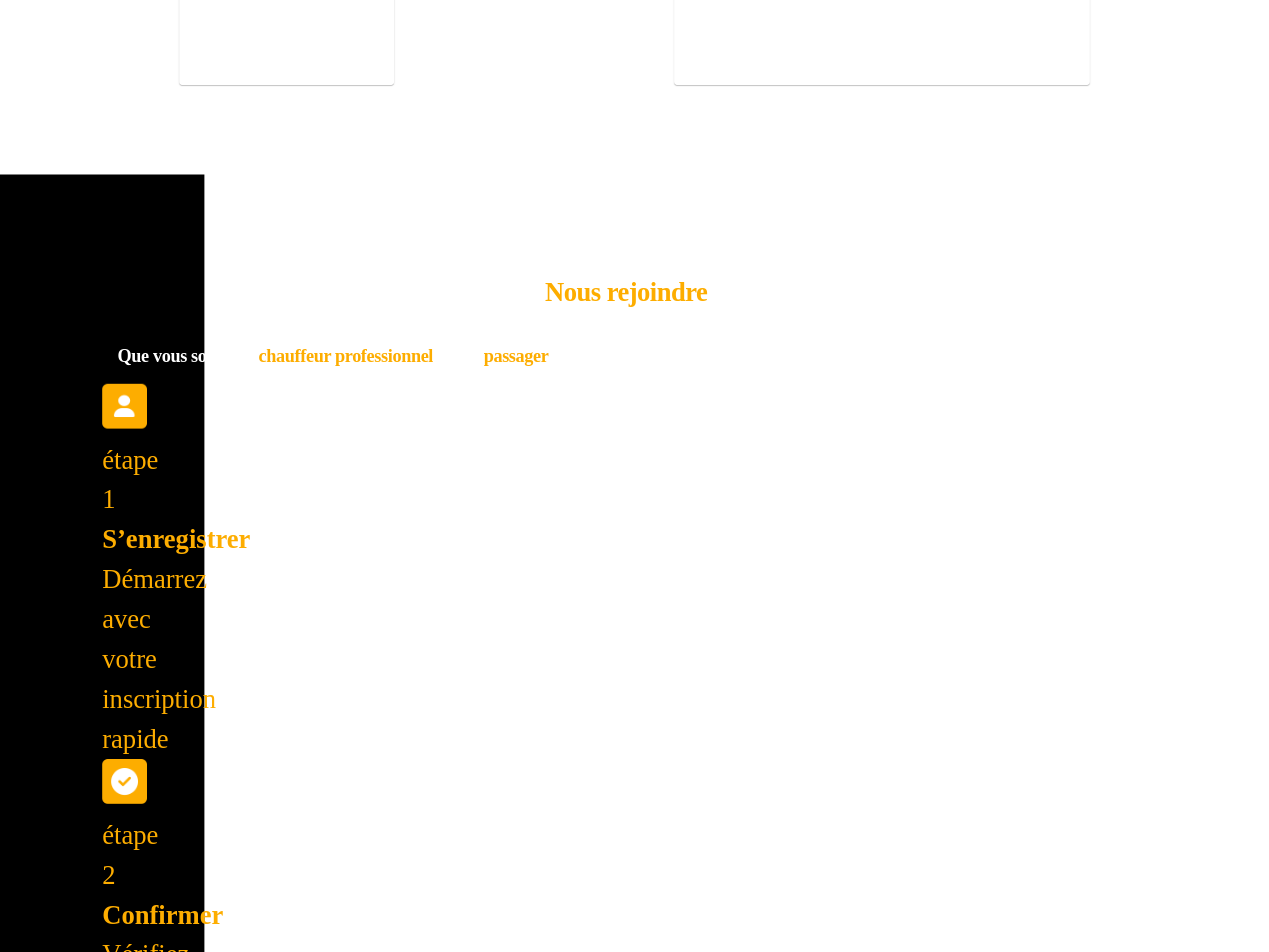
Repository: MariaMP2501/TestMap
Page: /
An editor plug-in stored every save of this project. The page is shown before and after the next save, followed by the edit.
The browser window is 1280 px wide. The page is 1813 px wide, so the pictures cover 1813 px, including what lies to the right of the window. The pictures show the part of the page from y = 825 to 2185 px (the page is 3771 px tall before and 2517 px after), at 70% of full size.
Pictures or frames that could not be fetched are drawn as grey boxes. Some web fonts or font styles are not loaded; a fallback is used. The project was rebuilt for these pictures with package versions that can differ from the ones it lists, and the page was loaded fresh each time. Also part of the build but not shown: vite.config.ts, src/components/hooks/useTranslate.tsx.

Above is the page before, as saved 2024-03-20 12:56:58.

### index.html
<!doctype html>
<html lang="en">
  <head>
    <meta charset="UTF-8" />
    <link rel="icon" type="image/svg+xml" href="/vite.svg" />
    <meta name="viewport" content="width=device-width, initial-scale=1.0" />
    <link rel="icon" href="./src/assets/logo.png" type="image/x-icon">
    <meta name="description" content="Réservez vos trajets avec Transport Concept, le réseau de transport ultime en France. Voyagez en toute sécurité et confort.">
    <meta name="keywords" content="transport, mobilité, réservation, France, réseau de transport">
    <title>TRANSPORT CONCEPT</title>
    <meta name="viewport" content="width=device-width, initial-scale=1.0">
    <link rel='preconnect' href='https://fonts.googleapis.com'>
    <style>
      @import url('https://fonts.googleapis.com/css2?family=Antonio:wght@300&family=Anybody:ital,wght@0,100..900;1,100..900&display=swap')
      </style>
  </head>
  <body>
    <div id="root"></div>
    <script type="module" src="/src/main.tsx"></script>
  </body>
</html>

### src/main.tsx
import React from 'react';
import { createRoot } from 'react-dom/client';
import { IntlProvider } from 'react-intl';
import App from './App.tsx';
import './index.css';

const messages_fr = {
};

const root = createRoot(document.getElementById('root')!);
root.render(
  <React.StrictMode>
    <IntlProvider locale="fr" messages={messages_fr}>
      <App />
    </IntlProvider>
  </React.StrictMode>
);

### src/App.tsx
import "./App.css"
import { IntlProvider } from 'react-intl';
import Navbar from './components/Navbar';
import Footer from './components/Footer';

import Section1 from './components/Section1';
import Section2 from "./components/Section2";

const appStyle = {
  margin: 0,
};

function App() {
  return <>
  <Navbar/>
  <Section1/>
  <Section2/>
  {/* <Footer/> */}
  </>;
}

export default App;

### src/index.css
@import url('https://fonts.googleapis.com/css2?family=Anybody:wght@600&display=swap');
:root {
  font-family: Inter, system-ui, Avenir, Helvetica, Arial, sans-serif;
  line-height: 1.5;
  font-weight: 400;
  color-scheme: light dark;
  color: rgba(255, 255, 255, 0.87);

  font-synthesis: none;
  text-rendering: optimizeLegibility;
  -webkit-font-smoothing: antialiased;
  -moz-osx-font-smoothing: grayscale;
  -webkit-text-size-adjust: 100%;
}


body {
  margin: 0;
  display: flex;
}

### src/App.css
@import url('https://fonts.googleapis.com/css2?family=Anybody:wght@400;600;700&display=swap');
@import url('https://fonts.googleapis.com/css2?family=Red+Hat+Display:wght@400&display=swap');
@import url('https://fonts.googleapis.com/css2?family=Poppins:wght@400;600&display=swap');
@import url('https://fonts.googleapis.com/css2?family=Red+Hat+Text:wght@400&display=swap');
@import url('https://fonts.googleapis.com/css2?family=Inter:wght@600&display=swap');
body, h1, h2, h3, p, div, ul, li {
	margin: 0;
	padding: 0;
	/* background: #000; */
	z-index: -1;

  }
  body{
	scroll-padding-top: 20%;
  }

### src/components/Navbar.tsx
import React, { FunctionComponent, useState } from 'react';
import CallIcon from '@mui/icons-material/Call';
import MailIcon from '@mui/icons-material/Mail';
import curveSVG from '../assets/navbar1.svg';
import logo from '../assets/logo.png';

const Navbar: FunctionComponent = () => {
    const isMobile = window.innerWidth <= 768;



  // Styles CSS en ligne
  const navbarStyle = {
    position:'fixed',
    width:'100%',
    zIndex: 4,
    backgroundImage: `url('/assets/navbar1.svg')`,
    backgroundSize: 'cover',
  };


  const leftSectionStyle = {
    display: 'flex',
    position:'relative',
    zIndex:'1',
  };

  const logoStyle = {
    marginLeft: '1%',
    marginTop: '1%',
    width: '50px',
    height: '50px',
  };

  const titleStyle = {
    display: 'flex',
    gap: '1.5%',
    color: '#fff',
    fontSize: '1.4vw',
    fontFamily: 'Anybody',
    margin: '1.5rem',
  };

  const highlightStyle = {
    color: '#f4bc31',
  };

  const buttonsContainerStyle = {
    position: 'absolute',
    top: '2rem',
    transform: 'translateY(-50%)',
    right: '20px',
    display: 'flex',
    gap: '20px',
    zIndex: 2,
  };
  const buttonHoverStyle = {
    backgroundColor: '#f4bc31', // Nouvelle couleur de fond au survol
    color: '#fff', // Nouvelle couleur de texte au survol
  };

  const buttonStyle = {
    backgroundColor: '#fff',
    border: 'none',
    borderRadius: '50%',
    width: isMobile ? '20px' : '2vw',
    height: isMobile ? '20px' : '2vw',
    color: '#000',
    transition: 'background-color 0.3s, color 0.3s',
    display: 'flex',
    alignItems: 'center',
    justifyContent: 'center',
    cursor: 'pointer',
  };

  const btnLangueStyle = {
    ...buttonStyle,
    width: isMobile ? 'auto' : '2vw',
    padding: isMobile ? '0 5px' : '0',
    fontSize: isMobile ? '12px' : '1vw',
    fontWeight: 900,
    fontFamily: 'Anybody',
  };

  const handleCallClick = () => {
    window.location.href = 'https://wa.me/33745103736';
  };

  const handleMailClick = () => {
    window.location.href = 'mailto:support@transportconcept.fr';
  };

  const [showLangueMenu, setShowLangueMenu] = useState(false);

  const handleLangueClick = () => {
    setShowLangueMenu(!showLangueMenu);
  };
  const [hoveredButton, setHoveredButton] = useState(null);

// Fonctions pour gérer le survol des boutons
const handleButtonMouseEnter = (btnName) => {
  setHoveredButton(btnName);
};

const handleButtonMouseLeave = () => {
  setHoveredButton(null);
};
const [isLangueButtonHovered, setLangueButtonHovered] = useState(false);

  // Rendu du composant
  return (
    <div className="navbar" style={navbarStyle}>
      {/* Logo et titre */}
      <div className="left-section" style={leftSectionStyle}>
      <img style={{ position: 'absolute', top: 0, left: 0, zIndex: -1, width: '100%', height: 'auto'}} alt="" src={curveSVG} />

        <img src={logo} alt="home" style={logoStyle} />
        <h2 style={titleStyle}>
          TRANSPORT <span style={highlightStyle}>CONCEPT</span>
        </h2>
      </div>

      {/* Boutons */}
      <div className='hidden md:flex gap-6' style={buttonsContainerStyle}>
      <a
        style={hoveredButton === 'call' ? { ...buttonStyle, ...buttonHoverStyle } : buttonStyle}
        className="btnCall icon"
        onMouseEnter={() => handleButtonMouseEnter('call')}
        onMouseLeave={handleButtonMouseLeave}
        onClick={handleCallClick}
      >
        <CallIcon style={{ fontSize: '18px' }} />
      </a>
      <a
        style={hoveredButton === 'mail' ? { ...buttonStyle, ...buttonHoverStyle } : buttonStyle}
        className="btnMail icon"
        onMouseEnter={() => handleButtonMouseEnter('mail')}
        onMouseLeave={handleButtonMouseLeave}
        onClick={handleMailClick}
      >
        <MailIcon style={{ fontSize: '18px' }} />
      </a>
      <button
        style={isLangueButtonHovered ? { ...btnLangueStyle, ...buttonHoverStyle } : btnLangueStyle}
        className="btnLangue"
        onMouseEnter={() => setLangueButtonHovered(true)}
        onMouseLeave={() => setLangueButtonHovered(false)}
        onClick={handleLangueClick}
      >
        {showLangueMenu ? 'EN' : 'FR'}
      </button>
    </div>
  </div>
);
};

export default Navbar;

### src/components/Section1.tsx
import React, { FunctionComponent } from 'react';
import { CommandCard } from './CommandCard';
import { MapCard } from './MapCard';
import { StepProgressBar } from './StepProgressBar';
import { ReservationForm } from './ReservationForm';

const Section1: FunctionComponent = () => {
    const sectionStyle = {
        margin: '8rem',
		fontFamily: 'Anybody',
    };
    const sectionCardStyle = {
        margin: '8rem',
        display: 'flex',
		fontFamily: 'Anybody',
    };

    const command_Card_Style = {
        flex: '1',
        width: '40%', // Changer la largeur pour occuper 1/3 de l'écran
        heigth: '20rem',
        zIndex: '3',
    };

    const map_Card_Style = {
        flex: '1',
        width: '66.66%',
		marginLeft:'25rem',
        zIndex: '3',
    };

    return (

        <div className='section1' style={sectionStyle}>

        <StepProgressBar/>
        <ReservationForm/>
        <div className='section1' style={sectionCardStyle}>

            <div style={command_Card_Style}>
                Reservation
                <CommandCard/>
            </div>
            <div style={map_Card_Style}>
                Maps
                <MapCard/>
            </div>
        </div>
        </div>
    );
};

export default Section1;

### src/components/Section2.tsx
import { FunctionComponent } from 'react';
import imgUser from '../assets/imgUser.png';
import imgCheck from '../assets/imgCheck.png';
import imgCar from '../assets/imgCar.png';
import imgDolar from '../assets/imgDolar.png';

const Section2: FunctionComponent = () => {
  const sectionStyle = {
    width: '10%',
    alignItems: 'center',
    justifyContent: 'center',
    padding: '139px 146px',
    boxSizing: 'border-box',
	backgroundColor:'#0000',
    gap: '78px',
    textAlign: 'left',
    fontSize: '38px',
    color: '#fdad00',
    fontFamily: 'Anybody',
	backgroundColor: '#000',
  };

  const frameStyle = {
    width: '1474px',
    overflow: 'hidden',
    flexShrink: 0,
    display: 'flex',
    flexDirection: 'column',
    alignItems: 'center',
    justifyContent: 'center',
    gap: '52px',
  };

  const textStyle = {
    position: 'relative',
    letterSpacing: '-0.02em',
    lineHeight: '56px',
    display: 'inline-block',
    height: '56px',
    marginLeft: '23px',
  };

  const descriptionStyle = {
    position: 'relative',
    fontSize: '26px',
    letterSpacing: '-0.02em',
    lineHeight: '26px',
    display: 'flex',
    textAlign: 'center',
    alignItems: 'center',
    width: '1460px',
    height: '52px',
    marginRight: '14px',
    color: '#fff',
  };

  const imgStyle = {
    width: '4rem',
    height: '4rem',
  };

  return (
    <div style={sectionStyle}>
      <div style={frameStyle}>
        <b style={textStyle}>Nous rejoindre</b>
        <b style={descriptionStyle}>
          <span>
            Que vous soyez un{' '}
            <span style={{ color: '#fdad00' }}>chauffeur professionnel</span> ou un{' '}
            <span style={{ color: '#fdad00' }}>passager</span> rejoignez notre réseau et bénéficiez d'offres exclusives
            avec nos partenaires. Faisons de chaque trajet une aventure unique
          </span>
        </b>
      </div>
      <div className="frame1">
        <div className="frame2">
          <div className="frame3">
            <div className="etape1">
              <img className="imguserIcon" alt="" src={imgUser} style={imgStyle} />
              <div className="title">étape 1</div>
              <b className="subtitle">S’enregistrer</b>
              <div className="description1">Démarrez avec votre inscription rapide</div>
            </div>
            <div className="tape2">
              <img className="imgCheck" alt="" src={imgCheck} style={imgStyle} />
              <div className="title">étape 2</div>
              <b className="subtitle1">Confirmer</b>
              <div className="description2">Vérifiez et confirmez en un clic</div>
            </div>
          </div>
          <div className="frame4">
            <div className="tape3">
              <img className="imgCar" alt="" src={imgCar} style={imgStyle} />
              <div className="title">étape 3</div>
              <b className="subtitle">Rouler</b>
              <div className="description3">Mettez-vous en route sans soucis</div>
            </div>
            <div className="tape3">
              <img className="imgDolar" alt="" src={imgDolar} style={imgStyle} />
              <div className="title">étape 4</div>
              <b className="subtitle">Gagner</b>
              <div className="description3">Atteignez vos objectifs avec nous</div>
            </div>
          </div>
        </div>
      </div>
    </div>
  );
};

export default Section2;

### src/components/CommandCard.tsx
import { Card, Box, Typography } from "@mui/material";
import { styled } from "@mui/system";
import PersonIcon from "@mui/icons-material/Person";
import AccessTimeIcon from "@mui/icons-material/AccessTime";

const StyledCard = styled(Card)`
  padding: 2px;
  display: flex;
  flex-direction: row;
  img {
    width: 12em;
    height: 20em;
    border-radius: 5%;
  }
`;

interface CommandCardProps {
  formul: String;
  nbOfPassenger: number;
  price: String;
  timeEstimated: number;
  scheduledDropOff: String;
}

export const CommandCard = ({
  formul,
  nbOfPassenger,
  price,
  timeEstimated,
  scheduledDropOff,
}: CommandCardProps) => {
  return (
    <StyledCard>
      <Box
        sx={{
          display: "flex",
          justifyContent: "flex-start",
        }}
      >
        <img src="https://picsum.photos/200/300" alt="car image" />
      </Box>
      <Box
        sx={{
          width: 1,
          padding: "1em",
          display: "flex",
          flexDirection: "column",
          justifyContent: "space-between",
        }}
      >
        <Box
          sx={{
            display: "flex",
            flexDirection: "row",
            justifyContent: "space-between",
          }}
        >
          <Box sx={{ display: "flex", flexDirection: "row" }}>
            <Typography>{formul}</Typography>
            <PersonIcon />
            <Typography>{nbOfPassenger}</Typography>
          </Box>
          <Typography>{price}€</Typography>
        </Box>
        <Box sx={{ display: "flex", flexDirection: "row" }}>
          <AccessTimeIcon />
          <Typography sx={{ textAlign: "start" }}>
            {timeEstimated} min / Depose Prévu {scheduledDropOff}
          </Typography>
        </Box>
      </Box>
    </StyledCard>
  );
};

### src/components/MapCard.tsx
import { Card, Box, Typography } from "@mui/material";
import { styled } from "@mui/system";
import PersonIcon from "@mui/icons-material/Person";
import AccessTimeIcon from "@mui/icons-material/AccessTime";

const MapStyledCard = styled(Card)`
  padding: 2px;
  display: flex;
  flex-direction: row;
  img {
    width: 30em;
    height: 20em;
    border-radius: 5%;
  }
`;

interface MapCardProps {
  formul: String;
  nbOfPassenger: number;
  price: String;
  timeEstimated: number;
  scheduledDropOff: String;
}

export const MapCard = ({
  formul,
  nbOfPassenger,
  price,
  timeEstimated,
  scheduledDropOff,
}: MapProps) => {
  return (
    <MapStyledCard>
      <Box
        sx={{
          display: "flex",
          justifyContent: "flex-start",
        }}
      >
        <img src="https://picsum.photos/200/300" alt="car image" />
      </Box>
      <Box
        sx={{
          width: 1,
          padding: "1em",
          display: "flex",
          flexDirection: "column",
          justifyContent: "space-between",
        }}
      >
        <Box
          sx={{
            display: "flex",
            flexDirection: "row",
            justifyContent: "space-between",
          }}
        >
          <Box sx={{ display: "flex", flexDirection: "row" }}>
            <Typography>{formul}</Typography>
            <PersonIcon />
            <Typography>{nbOfPassenger}</Typography>
          </Box>
          <Typography>{price}€</Typography>
        </Box>
        <Box sx={{ display: "flex", flexDirection: "row" }}>
          <AccessTimeIcon />
          <Typography sx={{ textAlign: "start" }}>
            {timeEstimated} min / Depose Prévu {scheduledDropOff}
          </Typography>
        </Box>
      </Box>
    </MapStyledCard>
  );
};

### src/components/StepProgressBar.tsx
import { Step, Stepper, StepLabel } from "@mui/material";
import { styled } from "@mui/system";

const CustomStepLabel = styled(StepLabel)`
  & .MuiStepIcon-root {
    color: black;
  }
  & .MuiStepLabel-label {
    color: grey;
    font-size: 1em;
  }

  & .Mui-active {
    color: orange !important;
  }
  & .Mui-completed {
    color: green !important;
  }
`;

export const StepProgressBar = () => {
  const steps = [
    "Reservation",
    "Selectionner un vehicule",
    "Paiement",
    "Confirmation",
  ];

  return (
    <Stepper activeStep={1} alternativeLabel>
      {steps.map((label) => (
        <Step key={label}>
          <CustomStepLabel>{label}</CustomStepLabel>
        </Step>
      ))}
    </Stepper>
  );
};

### src/components/ReservationForm.tsx
import { useState } from "react";
import { useForm, Controller } from "react-hook-form";
import { ConfirmationButton } from "./ConfirmationButton";
import { styled, useTheme } from "@mui/system";
import { SelectChangeEvent } from "@mui/material";
import { UseTranslate, translate } from "./hooks/useTranslate";
import {
  TextField,
  Box,
  FormControl,
  InputLabel,
  Select,
  MenuItem,
} from "@mui/material";

import { FormFieldsType, ReservationFormValueType } from "./types/genericTypes";

const CustomForm = styled(FormControl)`
  display: flex;
  flex-direction: column;
  margin: 2em;
`;

type FieldLabel = "departure" | "destination" | "dateHours" | "nbOfPassenger";

export const ReservationForm = () => {
  const {
    control,
    handleSubmit,
    formState: { errors },
  } = useForm({
    defaultValues: {
      departure: "",
      destination: "",
      dateHours: "",
      nbOfPassenger: 1,
    },
  });

  const theme = useTheme();
  const [selectValue, setSelectValue] = useState<number>(1);

  const onSubmit = (values: ReservationFormValueType) => {
    console.log("values", values);
  };

  const handleChange = (e: SelectChangeEvent<string>) => {
    setSelectValue(parseInt(e.target.value));
  };

  const fields: FormFieldsType[] = [
    {
      label: translate("departure"),
      register: "departure",
      required: true,
    },
    {
      label: translate("destination"),
      register: "destination",
      required: true,
    },
    {
      label: translate("dateHours"),
      register: "dateHours",
      required: true,
    },
    {
      label: translate("nbOfPassenger"),
      register: "nbOfPassenger",
      option: "select",
      required: true,
    },
  ];

  return (
    <div>
      <CustomForm onSubmit={handleSubmit(onSubmit)}>
        {fields?.map((componentFields) => {
          return (
            <Controller
              key={String(componentFields.label)}
              name={componentFields.register as FieldLabel}
              control={control}
              rules={{ required: componentFields.required }}
              render={({ field }) =>
                !componentFields.option ? (
                  <>
                    <TextField
                      {...componentFields}
                      sx={{ marginBottom: "0.5em" }}
                      color="primary"
                      InputProps={{
                        style: { background: "transparent" },
                        startAdornment:
                          componentFields.icon && componentFields.icon,
                      }}
                      {...field}
                    />
                    {errors[componentFields.register as FieldLabel] && (
                      <UseTranslate id="formError.fieldRequired" />
                    )}
                  </>
                ) : (
                  <FormControl fullWidth>
                    <InputLabel id="nbOfPassengers">
                      {componentFields.label}
                    </InputLabel>
                    <Select
                      {...componentFields}
                      labelId="nbOfPassengers"
                      id="nbOfPassengers"
                      value={selectValue.toString()}
                      onChange={handleChange}
                      {...componentFields}
                    >
                      {[1, 2, 3, 4].map((option) => (
                        <MenuItem key={option} value={option}>
                          {option}
                        </MenuItem>
                      ))}
                    </Select>
                  </FormControl>
                )
              }
            />
          );
        })}

        <Box sx={{ width: "50%", marginLeft: "auto" }}>
          {/* <ConfirmationButton
            buttonTitle={translate("estimation")}
            buttonBottomColor={theme.palette.secondary.main}
            buttonAction={handleSubmit(onSubmit)}
          /> */}
        </Box>
      </CustomForm>
    </div>
  );
};

After the next save:
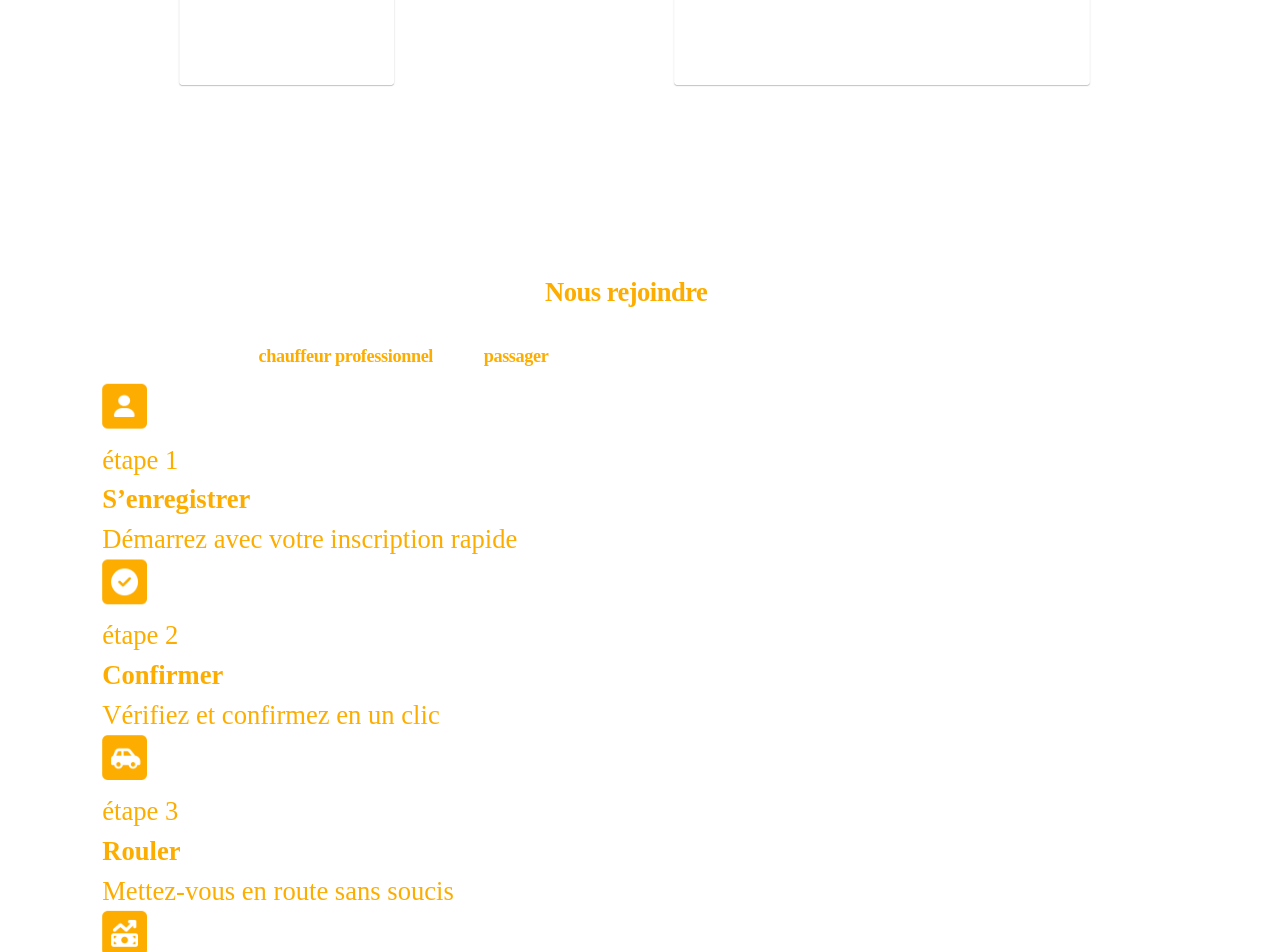
Saved 44 s later.
--- a/src/components/Section2.tsx
+++ b/src/components/Section2.tsx
@@ -6,7 +6,7 @@ import imgDolar from '../assets/imgDolar.png';
 
 const Section2: FunctionComponent = () => {
   const sectionStyle = {
-    width: '10%',
+    width: '100%',
     alignItems: 'center',
     justifyContent: 'center',
     padding: '139px 146px',
@@ -17,7 +17,7 @@ const Section2: FunctionComponent = () => {
     fontSize: '38px',
     color: '#fdad00',
     fontFamily: 'Anybody',
-	backgroundColor: '#000',
+	backgroundColor: '#0000',
   };
 
   const frameStyle = {
